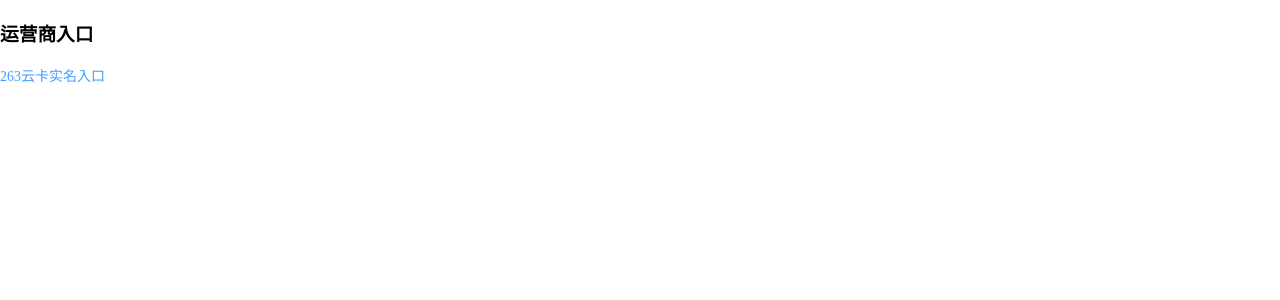
Repository: cmlsir1024/index-test
Page: index.html
These files come from the project's save history. The page is drawn as it stood at one moment and after the next save; the edit follows.
The browser window is 1280 px wide. The pictures show the whole page.

Above is the page before, as saved 2023-10-11 11:51:27.

After the next save:
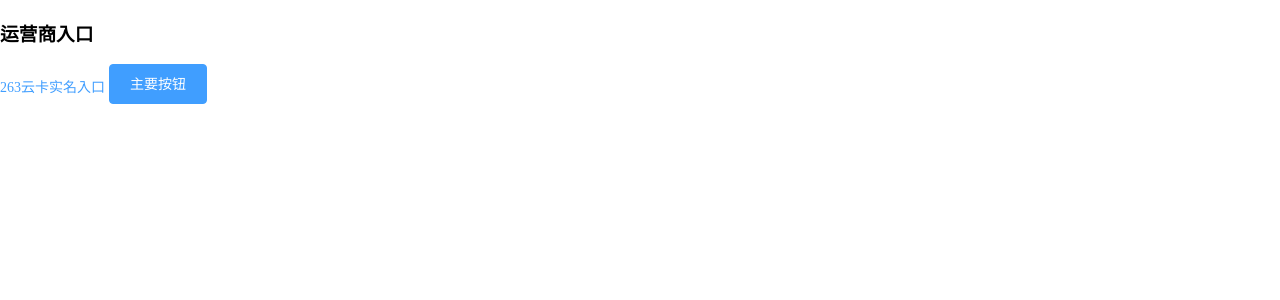
Saved 56 s later.
--- a/index.html
+++ b/index.html
@@ -101,6 +101,7 @@
         <el-link type="primary" href="https://element.eleme.io">
           263云卡实名入口
         </el-link>
+        <el-button type="primary">主要按钮</el-button>
       </div>
     </div>
   </body>
